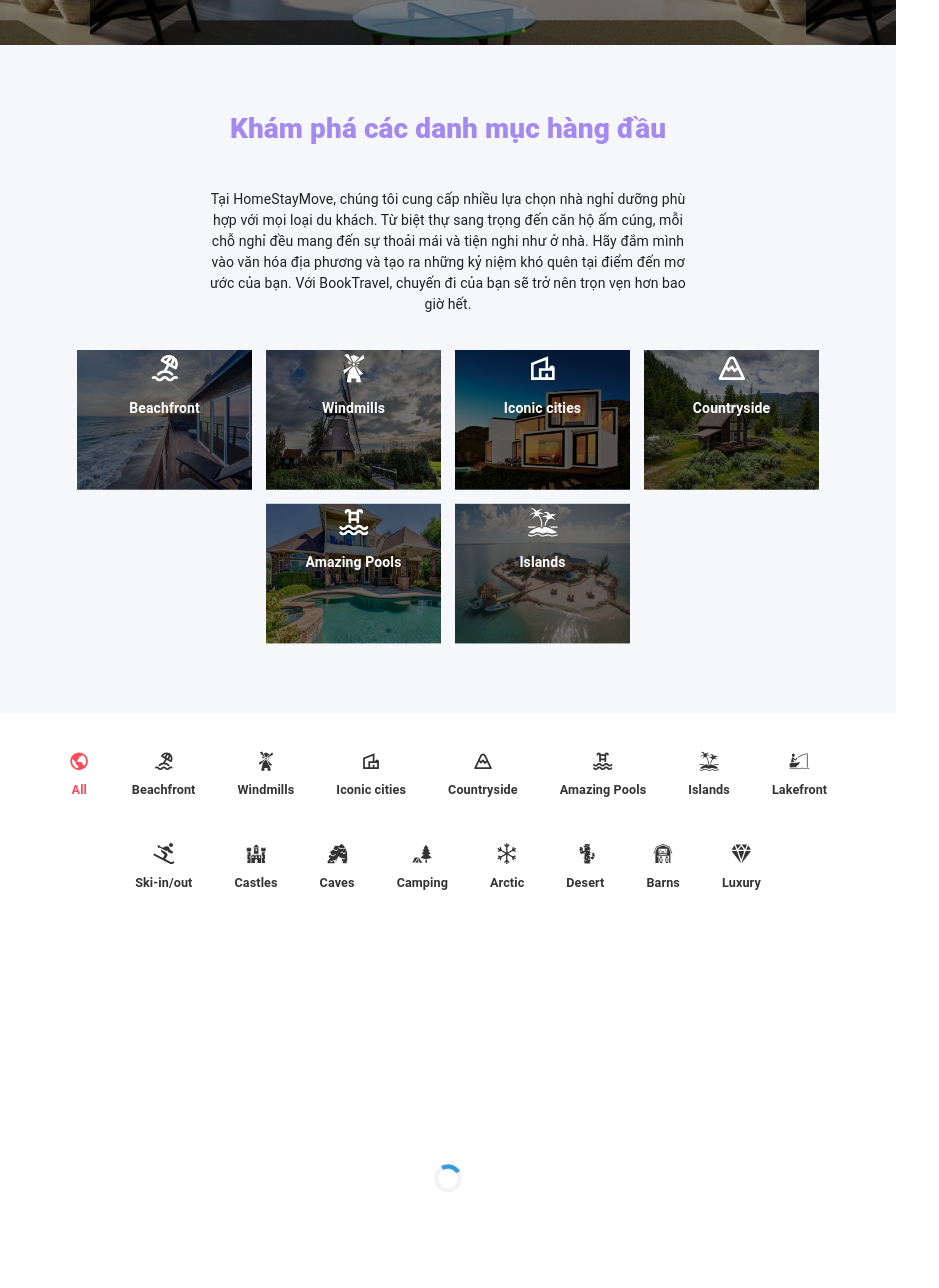
Repository: minhquang203/Homestay
Page: / (app in client/)
An editor plug-in stored every save of this project. The page is shown before and after the next save, followed by the edit.
The browser window is 1280 px wide. The page is 1342 px wide, so the pictures cover 1342 px, including what lies to the right of the window. The pictures show the part of the page from y = 639 to 2479 px (the page is 2879 px tall), at 70% of full size.
The page's requests for data from a server got no answer. The project was rebuilt for these pictures with package versions that can differ from the ones it lists, and the page was loaded fresh each time. No one was signed in, and anything a server would have sent is missing. Also part of the build but not shown: client/src/styles/ListingCard.scss, client/src/components/ListingCard.jsx, client/src/styles/variable.scss, client/src/styles/List.scss, client/src/pages/CategoryPage.jsx, client/src/styles/CreateListing.scss, client/src/pages/CreateListing.jsx, client/src/styles/ListingDetails.scss and 12 more.

Above is the page before, as saved 2024-12-09 11:34:25.

After the next save:
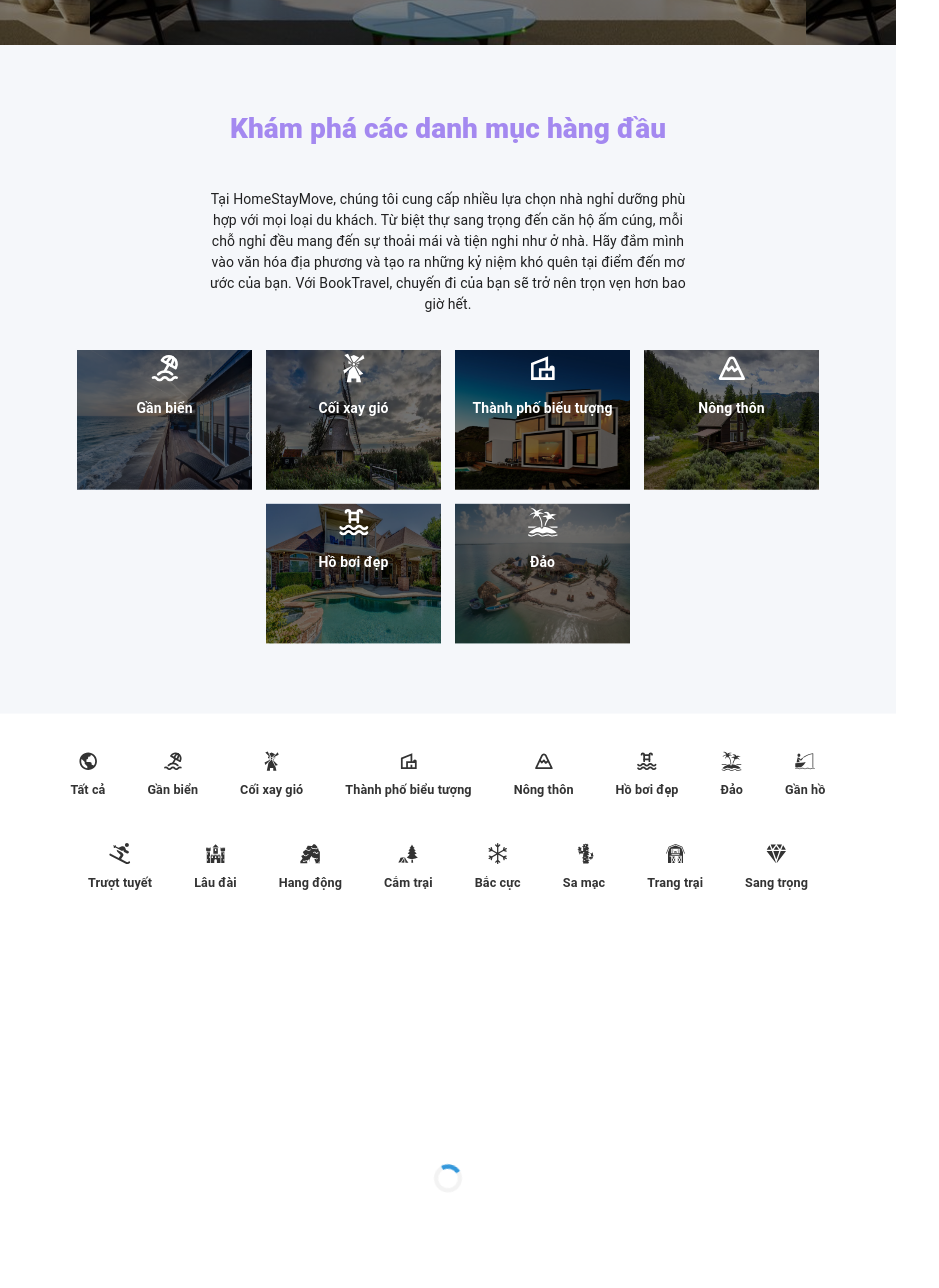
Saved 4 min 55 s later.
--- a/client/src/data.js
+++ b/client/src/data.js
@@ -43,148 +43,146 @@
 
 export const categories = [
   {
-    label: "All",
+    label: "Tất cả",
     icon: <BiWorld />,
   },
   {
     img: "assets/beach_cat.jpg",
-    label: "Beachfront",
+    label: "Gần biển",
     icon: <TbBeach />,
-    description: "This property is close to the beach!",
+    description: "Tài sản này gần bãi biển!",
   },
   {
     img: "assets/windmill_cat.webp",
-    label: "Windmills",
+    label: "Cối xay gió",
     icon: <GiWindmill />,
-    description: "This property is has windmills!",
+    description: "Tài sản này có các cối xay gió!",
   },
   {
     img: "assets/modern_cat.webp",
-    label: "Iconic cities",
+    label: "Thành phố biểu tượng",
     icon: <MdOutlineVilla />,
-    description: "This property is modern!",
+    description: "Tài sản này hiện đại!",
   },
   {
     img: "assets/countryside_cat.webp",
-    label: "Countryside",
+    label: "Nông thôn",
     icon: <TbMountain />,
-    description: "This property is in the countryside!",
+    description: "Tài sản này ở khu vực nông thôn!",
   },
   {
     img: "assets/pool_cat.jpg",
-    label: "Amazing Pools",
+    label: "Hồ bơi đẹp",
     icon: <TbPool />,
-    description: "This is property has a beautiful pool!",
+    description: "Tài sản này có một hồ bơi tuyệt đẹp!",
   },
   {
     img: "assets/island_cat.webp",
-    label: "Islands",
+    label: "Đảo",
     icon: <GiIsland />,
-    description: "This property is on an island!",
+    description: "Tài sản này nằm trên đảo!",
   },
   {
     img: "assets/lake_cat.webp",
-    label: "Lakefront",
+    label: "Gần hồ",
     icon: <GiBoatFishing />,
-    description: "This property is near a lake!",
+    description: "Tài sản này gần một hồ nước!",
   },
   {
     img: "assets/skiing_cat.jpg",
-    label: "Ski-in/out",
+    label: "Trượt tuyết",
     icon: <FaSkiing />,
-    description: "This property has skiing activies!",
+    description: "Tài sản này có hoạt động trượt tuyết!",
   },
   {
     img: "assets/castle_cat.webp",
-    label: "Castles",
+    label: "Lâu đài",
     icon: <GiCastle />,
-    description: "This property is an ancient castle!",
+    description: "Tài sản này là một lâu đài cổ!",
   },
   {
     img: "assets/cave_cat.jpg",
-    label: "Caves",
+    label: "Hang động",
     icon: <GiCaveEntrance />,
-    description: "This property is in a spooky cave!",
+    description: "Tài sản này nằm trong một hang động huyền bí!",
   },
   {
     img: "assets/camping_cat.jpg",
-    label: "Camping",
+    label: "Cắm trại",
     icon: <GiForestCamp />,
-    description: "This property offers camping activities!",
+    description: "Tài sản này cung cấp hoạt động cắm trại!",
   },
   {
     img: "assets/arctic_cat.webp",
-    label: "Arctic",
+    label: "Bắc cực",
     icon: <BsSnow />,
-    description: "This property is in arctic environment!",
+    description: "Tài sản này nằm trong môi trường bắc cực!",
   },
   {
     img: "assets/desert_cat.webp",
-    label: "Desert",
+    label: "Sa mạc",
     icon: <GiCactus />,
-    description: "This property is in the desert!",
+    description: "Tài sản này nằm ở sa mạc!",
   },
   {
     img: "assets/barn_cat.jpg",
-    label: "Barns",
+    label: "Trang trại",
     icon: <GiBarn />,
-    description: "This property is in a barn!",
+    description: "Tài sản này nằm trong trang trại!",
   },
   {
     img: "assets/lux_cat.jpg",
-    label: "Luxury",
+    label: "Sang trọng",
     icon: <IoDiamond />,
-    description: "This property is brand new and luxurious!",
+    description: "Tài sản này hoàn toàn mới và sang trọng!",
   },
 ];
 
 export const types = [
   {
-    name: "An entire place",
-    description: "Guests have the whole place to themselves",
+    name: "Toàn bộ nơi ở",
+    description: "Khách có toàn quyền sử dụng nơi ở",
     icon: <FaHouseUser />,
   },
   {
-    name: "Room(s)",
-    description:
-      "Guests have their own room in a house, plus access to shared places",
+    name: "Phòng riêng",
+    description: "Khách có phòng riêng và dùng chung khu vực khác",
     icon: <BsFillDoorOpenFill />,
   },
   {
-    name: "A Shared Room",
-    description:
-      "Guests sleep in a room or common area that maybe shared with you or others",
+    name: "Phòng chung",
+    description: "Khách ở trong phòng chung hoặc khu vực chia sẻ",
     icon: <FaPeopleRoof />,
   },
 ];
 
 export const facilities = [
   {
-    name: "Bath tub",
+    name: "Bồn tắm",
     icon: <PiBathtubFill />,
   },
   {
-    name: "Personal care products",
+    name: "Sản phẩm chăm sóc cá nhân",
     icon: <FaPumpSoap />,
   },
   {
-    name: "Outdoor shower",
+    name: "Vòi sen ngoài trời",
     icon: <FaShower />,
   },
   {
-    name: "Washer",
+    name: "Máy giặt",
     icon: <BiSolidWasher />,
   },
   {
-    name: "Dryer",
+    name: "Máy sấy",
     icon: <BiSolidDryer />,
   },
   {
-    name: "Hangers",
+    name: "Móc treo quần áo",
     icon: <PiCoatHangerFill />,
   },
   {
-    name: "Iron",
+    name: "Bàn là",
     icon: <TbIroning3 />,
   },
   {
@@ -192,27 +190,27 @@
     icon: <PiTelevisionFill />,
   },
   {
-    name: "Dedicated workspace",
-    icon: <BsPersonWorkspace />
-  },
-  {
-    name: "Air Conditioning",
+    name: "Không gian làm việc riêng",
+    icon: <BsPersonWorkspace />,
+  },
+  {
+    name: "Điều hòa",
     icon: <BsSnow />,
   },
   {
-    name: "Heating",
+    name: "Hệ thống sưởi",
     icon: <GiHeatHaze />,
   },
   {
-    name: "Security cameras",
+    name: "Camera an ninh",
     icon: <GiCctvCamera />,
   },
   {
-    name: "Fire extinguisher",
+    name: "Bình chữa cháy",
     icon: <FaFireExtinguisher />,
   },
   {
-    name: "First Aid",
+    name: "Hộp sơ cứu",
     icon: <BiSolidFirstAid />,
   },
   {
@@ -220,51 +218,51 @@
     icon: <BiWifi />,
   },
   {
-    name: "Cooking set",
+    name: "Bộ dụng cụ nấu ăn",
     icon: <FaKitchenSet />,
   },
   {
-    name: "Refrigerator",
+    name: "Tủ lạnh",
     icon: <BiSolidFridge />,
   },
   {
-    name: "Microwave",
+    name: "Lò vi sóng",
     icon: <MdMicrowave />,
   },
   {
-    name: "Stove",
+    name: "Bếp nấu",
     icon: <GiToaster />,
   },
   {
-    name: "Barbecue grill",
+    name: "Bếp nướng BBQ",
     icon: <GiBarbecue />,
   },
   {
-    name: "Outdoor dining area",
+    name: "Khu vực ăn ngoài trời",
     icon: <FaUmbrellaBeach />,
   },
   {
-    name: "Private patio or Balcony",
+    name: "Ban công hoặc sân riêng",
     icon: <MdBalcony />,
   },
   {
-    name: "Camp fire",
+    name: "Lửa trại",
     icon: <GiCampfire />,
   },
   {
-    name: "Garden",
+    name: "Vườn",
     icon: <MdYard />,
   },
   {
-    name: "Free parking",
+    name: "Đỗ xe miễn phí",
     icon: <AiFillCar />,
   },
   {
-    name: "Self check-in",
-    icon: <FaKey />
-  },
-  {
-    name: " Pet allowed",
-    icon: <MdPets />
-  }
+    name: "Tự check-in",
+    icon: <FaKey />,
+  },
+  {
+    name: "Cho phép thú cưng",
+    icon: <MdPets />,
+  },
 ];

After the save that followed:
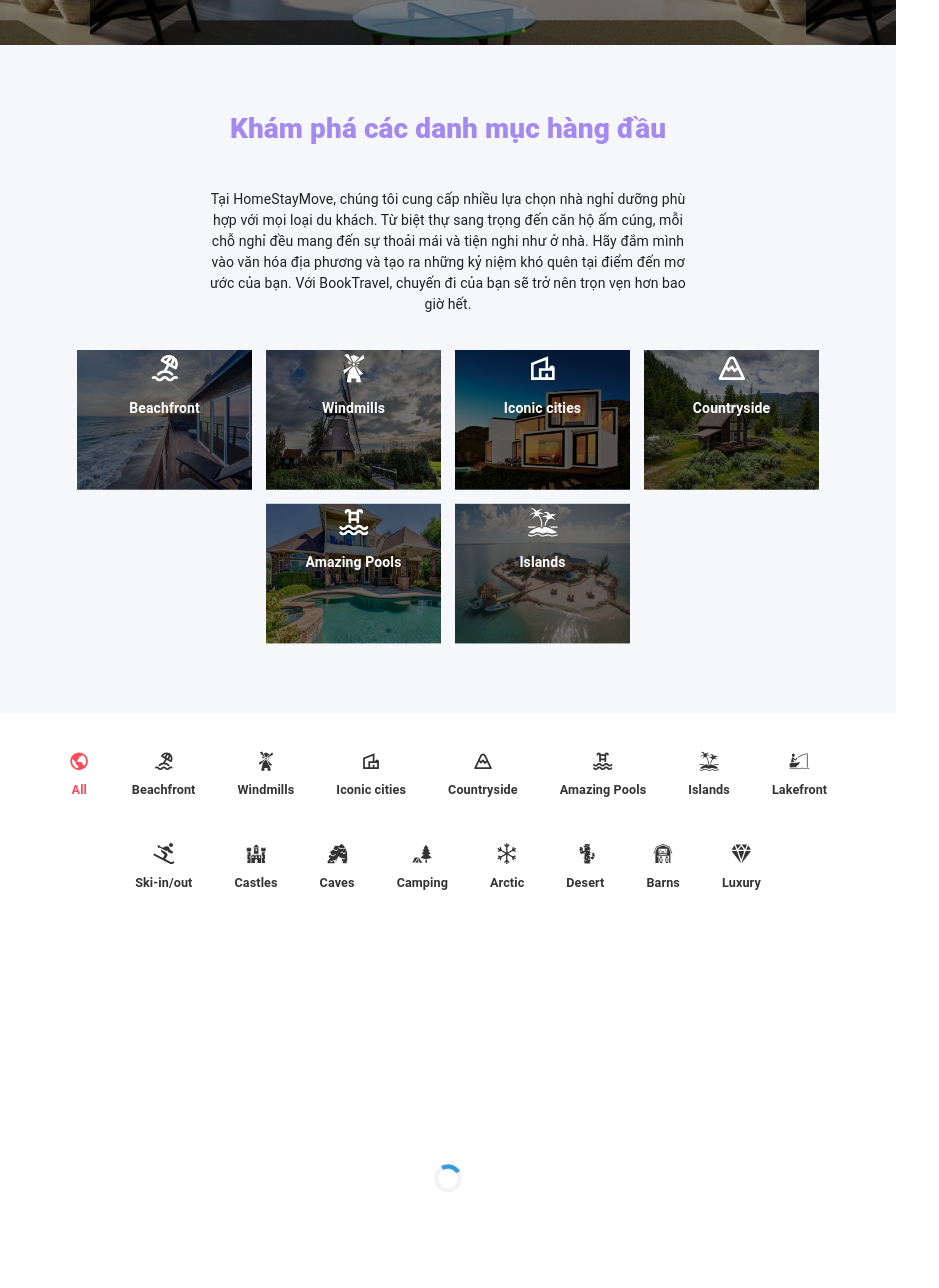
Saved 2 min 6 s later.
--- a/client/src/data.js
+++ b/client/src/data.js
@@ -43,146 +43,148 @@
 
 export const categories = [
   {
-    label: "Tất cả",
+    label: "All",
     icon: <BiWorld />,
   },
   {
     img: "assets/beach_cat.jpg",
-    label: "Gần biển",
+    label: "Beachfront",
     icon: <TbBeach />,
-    description: "Tài sản này gần bãi biển!",
+    description: "This property is close to the beach!",
   },
   {
     img: "assets/windmill_cat.webp",
-    label: "Cối xay gió",
+    label: "Windmills",
     icon: <GiWindmill />,
-    description: "Tài sản này có các cối xay gió!",
+    description: "This property is has windmills!",
   },
   {
     img: "assets/modern_cat.webp",
-    label: "Thành phố biểu tượng",
+    label: "Iconic cities",
     icon: <MdOutlineVilla />,
-    description: "Tài sản này hiện đại!",
+    description: "This property is modern!",
   },
   {
     img: "assets/countryside_cat.webp",
-    label: "Nông thôn",
+    label: "Countryside",
     icon: <TbMountain />,
-    description: "Tài sản này ở khu vực nông thôn!",
+    description: "This property is in the countryside!",
   },
   {
     img: "assets/pool_cat.jpg",
-    label: "Hồ bơi đẹp",
+    label: "Amazing Pools",
     icon: <TbPool />,
-    description: "Tài sản này có một hồ bơi tuyệt đẹp!",
+    description: "This is property has a beautiful pool!",
   },
   {
     img: "assets/island_cat.webp",
-    label: "Đảo",
+    label: "Islands",
     icon: <GiIsland />,
-    description: "Tài sản này nằm trên đảo!",
+    description: "This property is on an island!",
   },
   {
     img: "assets/lake_cat.webp",
-    label: "Gần hồ",
+    label: "Lakefront",
     icon: <GiBoatFishing />,
-    description: "Tài sản này gần một hồ nước!",
+    description: "This property is near a lake!",
   },
   {
     img: "assets/skiing_cat.jpg",
-    label: "Trượt tuyết",
+    label: "Ski-in/out",
     icon: <FaSkiing />,
-    description: "Tài sản này có hoạt động trượt tuyết!",
+    description: "This property has skiing activies!",
   },
   {
     img: "assets/castle_cat.webp",
-    label: "Lâu đài",
+    label: "Castles",
     icon: <GiCastle />,
-    description: "Tài sản này là một lâu đài cổ!",
+    description: "This property is an ancient castle!",
   },
   {
     img: "assets/cave_cat.jpg",
-    label: "Hang động",
+    label: "Caves",
     icon: <GiCaveEntrance />,
-    description: "Tài sản này nằm trong một hang động huyền bí!",
+    description: "This property is in a spooky cave!",
   },
   {
     img: "assets/camping_cat.jpg",
-    label: "Cắm trại",
+    label: "Camping",
     icon: <GiForestCamp />,
-    description: "Tài sản này cung cấp hoạt động cắm trại!",
+    description: "This property offers camping activities!",
   },
   {
     img: "assets/arctic_cat.webp",
-    label: "Bắc cực",
+    label: "Arctic",
     icon: <BsSnow />,
-    description: "Tài sản này nằm trong môi trường bắc cực!",
+    description: "This property is in arctic environment!",
   },
   {
     img: "assets/desert_cat.webp",
-    label: "Sa mạc",
+    label: "Desert",
     icon: <GiCactus />,
-    description: "Tài sản này nằm ở sa mạc!",
+    description: "This property is in the desert!",
   },
   {
     img: "assets/barn_cat.jpg",
-    label: "Trang trại",
+    label: "Barns",
     icon: <GiBarn />,
-    description: "Tài sản này nằm trong trang trại!",
+    description: "This property is in a barn!",
   },
   {
     img: "assets/lux_cat.jpg",
-    label: "Sang trọng",
+    label: "Luxury",
     icon: <IoDiamond />,
-    description: "Tài sản này hoàn toàn mới và sang trọng!",
+    description: "This property is brand new and luxurious!",
   },
 ];
 
 export const types = [
   {
-    name: "Toàn bộ nơi ở",
-    description: "Khách có toàn quyền sử dụng nơi ở",
+    name: "An entire place",
+    description: "Guests have the whole place to themselves",
     icon: <FaHouseUser />,
   },
   {
-    name: "Phòng riêng",
-    description: "Khách có phòng riêng và dùng chung khu vực khác",
+    name: "Room(s)",
+    description:
+      "Guests have their own room in a house, plus access to shared places",
     icon: <BsFillDoorOpenFill />,
   },
   {
-    name: "Phòng chung",
-    description: "Khách ở trong phòng chung hoặc khu vực chia sẻ",
+    name: "A Shared Room",
+    description:
+      "Guests sleep in a room or common area that maybe shared with you or others",
     icon: <FaPeopleRoof />,
   },
 ];
 
 export const facilities = [
   {
-    name: "Bồn tắm",
+    name: "Bath tub",
     icon: <PiBathtubFill />,
   },
   {
-    name: "Sản phẩm chăm sóc cá nhân",
+    name: "Personal care products",
     icon: <FaPumpSoap />,
   },
   {
-    name: "Vòi sen ngoài trời",
+    name: "Outdoor shower",
     icon: <FaShower />,
   },
   {
-    name: "Máy giặt",
+    name: "Washer",
     icon: <BiSolidWasher />,
   },
   {
-    name: "Máy sấy",
+    name: "Dryer",
     icon: <BiSolidDryer />,
   },
   {
-    name: "Móc treo quần áo",
+    name: "Hangers",
     icon: <PiCoatHangerFill />,
   },
   {
-    name: "Bàn là",
+    name: "Iron",
     icon: <TbIroning3 />,
   },
   {
@@ -190,27 +192,27 @@
     icon: <PiTelevisionFill />,
   },
   {
-    name: "Không gian làm việc riêng",
-    icon: <BsPersonWorkspace />,
-  },
-  {
-    name: "Điều hòa",
+    name: "Dedicated workspace",
+    icon: <BsPersonWorkspace />
+  },
+  {
+    name: "Air Conditioning",
     icon: <BsSnow />,
   },
   {
-    name: "Hệ thống sưởi",
+    name: "Heating",
     icon: <GiHeatHaze />,
   },
   {
-    name: "Camera an ninh",
+    name: "Security cameras",
     icon: <GiCctvCamera />,
   },
   {
-    name: "Bình chữa cháy",
+    name: "Fire extinguisher",
     icon: <FaFireExtinguisher />,
   },
   {
-    name: "Hộp sơ cứu",
+    name: "First Aid",
     icon: <BiSolidFirstAid />,
   },
   {
@@ -218,51 +220,51 @@
     icon: <BiWifi />,
   },
   {
-    name: "Bộ dụng cụ nấu ăn",
+    name: "Cooking set",
     icon: <FaKitchenSet />,
   },
   {
-    name: "Tủ lạnh",
+    name: "Refrigerator",
     icon: <BiSolidFridge />,
   },
   {
-    name: "Lò vi sóng",
+    name: "Microwave",
     icon: <MdMicrowave />,
   },
   {
-    name: "Bếp nấu",
+    name: "Stove",
     icon: <GiToaster />,
   },
   {
-    name: "Bếp nướng BBQ",
+    name: "Barbecue grill",
     icon: <GiBarbecue />,
   },
   {
-    name: "Khu vực ăn ngoài trời",
+    name: "Outdoor dining area",
     icon: <FaUmbrellaBeach />,
   },
   {
-    name: "Ban công hoặc sân riêng",
+    name: "Private patio or Balcony",
     icon: <MdBalcony />,
   },
   {
-    name: "Lửa trại",
+    name: "Camp fire",
     icon: <GiCampfire />,
   },
   {
-    name: "Vườn",
+    name: "Garden",
     icon: <MdYard />,
   },
   {
-    name: "Đỗ xe miễn phí",
+    name: "Free parking",
     icon: <AiFillCar />,
   },
   {
-    name: "Tự check-in",
-    icon: <FaKey />,
-  },
-  {
-    name: "Cho phép thú cưng",
-    icon: <MdPets />,
-  },
+    name: "Self check-in",
+    icon: <FaKey />
+  },
+  {
+    name: " Pet allowed",
+    icon: <MdPets />
+  }
 ];
